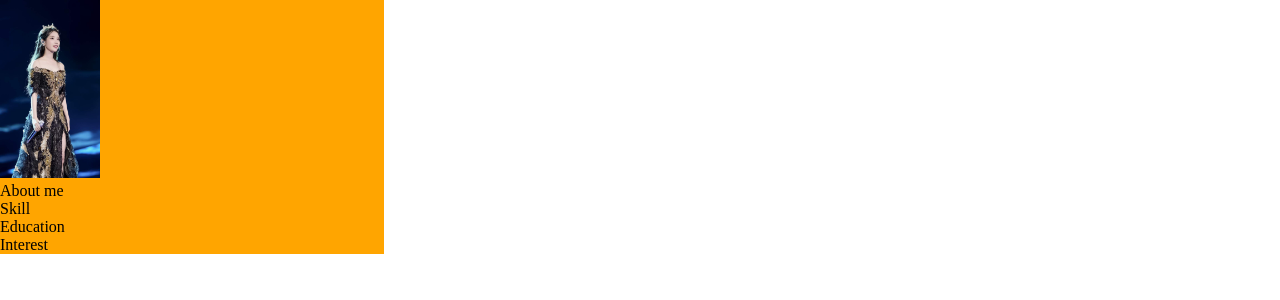
Repository: KinD2704/Web-University
Page: test/index.html
These files come from the project's save history. The page is drawn as it stood at one moment and after the next save; the edit follows.
The browser window is 1280 px wide. The pictures show the whole page.

Above is the page before, as saved 2023-12-01 22:23:38.

### test/index.html
<!DOCTYPE html>
<html lang="en">
    <head>
        <meta charset="UTF-8" />
        <meta name="viewport" content="width=device-width, initial-scale=1.0" />
        <title>Document</title>
        <link rel="stylesheet" href="style.css" />
    </head>
    <body>
        <div class="main">
            <div class="menu">
                <div class="logo">
                    <img
                        src="IU.jpg"
                        width="100"
                        alt="Đây là hình ảnh của tôi"
                    />
                </div>
                <div class="list">
                    <ul>
                        <li>About me</li>
                        <li>Skill</li>
                        <li>Education</li>
                        <li>Interest</li>
                    </ul>
                </div>
            </div>
            <div class="para"></div>
        </div>
    </body>
</html>

### test/style.css
* {
    padding: 0;
    margin: 0;
}
.main {
    display: flex;
}
.main .menu {
    background-color: orange;
    width: 30%;
    /* flex-basis: 30%; */
}

After the next save:
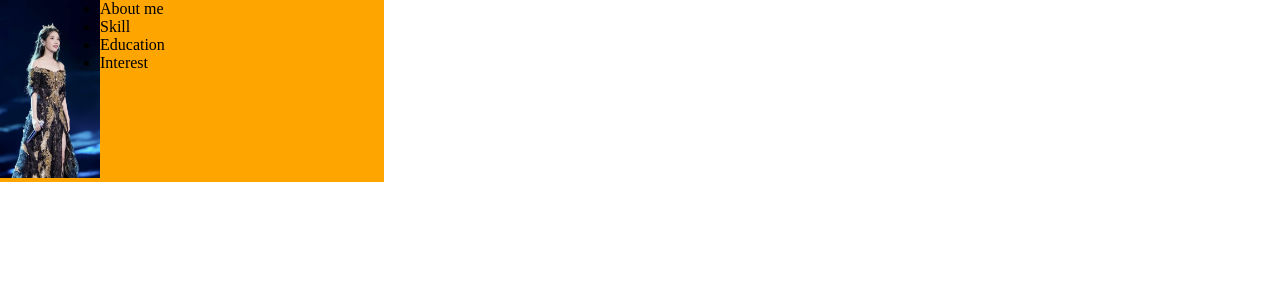
Saved 23 s later.
--- a/test/style.css
+++ b/test/style.css
@@ -7,6 +7,7 @@
 }
 .main .menu {
     background-color: orange;
-    width: 30%;
-    /* flex-basis: 30%; */
+    /* width: 30%; */
+    flex-basis: 30%;
+    display: flex;
 }
